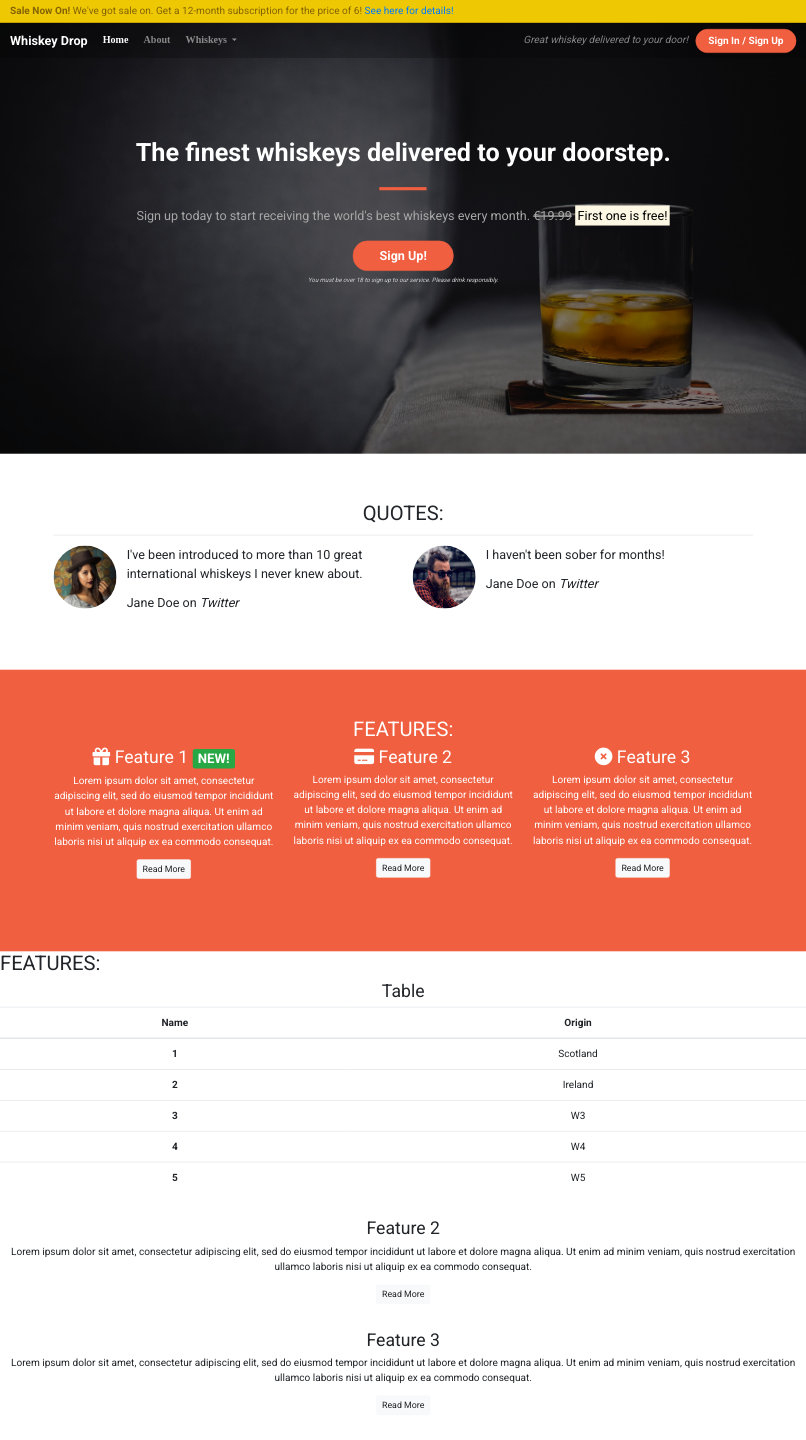
Repository: Coder731/blank_for_aws
Page: index2.html
The author's editor kept a record of every edit. The page is drawn from the files as they stood at one moment, then again after the next edit.
The browser window is 1280 px wide. The pictures show the whole page, at 63% of full size.
Backgrounds fixed to the window are drawn as part of the page. Some web libraries are served in a nearby version.

Above is the page before.

### index2.html
<!DOCTYPE html>
<html lang="en-us">

<head>
    <meta charset="utf-8">
    <meta name="viewport" content="width=device-width, initial-scale=1.0">
    <title>Whiskey Drop | Taste a new whiskey every month</title>
    <link rel="stylesheet" href="https://maxcdn.bootstrapcdn.com/bootstrap/4.1.3/css/bootstrap.min.css">
    <script src="https://kit.fontawesome.com/fb088b4228.js" crossorigin="anonymous"></script>
    <link href="https://fonts.googleapis.com/css?family=Roboto:400,700" rel="stylesheet">
    <link rel="preconnect" href="https://fonts.googleapis.com">
    <link rel="preconnect" href="https://fonts.gstatic.com" crossorigin>
    <link href="https://fonts.googleapis.com/css2?family=Roboto:wght@400;700&display=swap" rel="stylesheet">
    <link rel="stylesheet" href="css/style.css" type="text/css" />
</head>


<body>
    <div class="container-fluid navalert-container">
        <div class="container-fluid alert-container">
            <div class="row d-none d-sm-block">
                <div class="col-12">
                    <div class="site-wide-alert alert alert-warning">
                        <strong>Sale Now On!</strong> We've got sale on. Get a 12-month subscription for the price of 6! <a href="">See here for details!</a>
                    </div>
                </div>
            </div>
        </div>
        <nav class="navbar navbar-dark navbar-expand-sm">
            <a href="/" class="navbar-brand">Whiskey Drop</a>

            <button class="navbar-toggler ml-auto" type="button" data-toggle="collapse" data-target="#navbarNavDropdown" aria-controls="navbarNavDropdown" aria-expanded="false" aria-label="Toggle navigation">
            <span class="navbar-toggler-icon"></span></button>

            <div style="font-family: 'Font Name', serif;" class="collapse navbar-collapse" id="navbarNavDropdown">
                <ul class="navbar-nav mr-auto">
                    <li class="active nav-item mr-2"><a class="nav-link" href="/">Home</a></li>
                    <li class="nav-item mr-2"><a class="nav-link" href="/about">About</a></li>
                    <li class="nav-item dropdown">
                        <a class="nav-link dropdown-toggle" href="#" id="navbarDropdownMenuLink" role="button" data-toggle="dropdown" aria-haspopup="true" aria-expanded="false">
                            Whiskeys
                        </a>
                        <div class="dropdown-menu" aria-labelledby="navbarDropdownMenuLink">
                            <a class="dropdown-item" href="#">Irish</a>
                            <a class="dropdown-item" href="#">Scotch</a>
                            <a class="dropdown-item" href="#">Japanese</a>
                            <a class="dropdown-item" href="#">American</a>
                        </div>
                    </li>

                    <li class="nav-item mr-2 d-block d-sm-none"><a class="nav-link" href="/login">Sign In / Sign Up</a></li>
                </ul>
            </div>
            <div class="d-none d-md-block">
                <p class="navbar-text my-auto mr-2"><i>Great whiskey delivered to your door!</i></p>
                <a href="/login" class="btn btn--cta btn--red">Sign In / Sign Up</a>
            </div>
        </nav>
    </div>

    <div class="container-fluid callout-container">
        <!-- Callout -->
        <div class="opaque-overlay">&nbsp;</div>
        <div class="row">
            <div class="col-12">
                <section class="callout jumbotron text-center">
                    <h1 class="jumbotron-header">The finest whiskeys delivered to your doorstep.</h1>
                    <hr class="block-divider block-divider--orange">
                    <p class="lead">Sign up today to start receiving the world's best whiskeys every month.
                        <s class="d-none d-sm-inline">€19.99</s>
                        <span class="d-inline d-sm-none"><br></span>
                        <strong><mark>First one is free!</mark></strong></p>
                    <button class="btn btn-lg btn--cta btn--red" data-toggle="modal" data-target="#signUpModal">Sign Up!</button>
                    <p class="text-muted"><small>You must be over 18 to sign up to our service. Please drink responsibly.</small></p>
                </section>
            </div>
        </div>
        <!-- /.callout -->
    </div>

        <!-- Quotes -->
        <div class="container-wrapper">
            <div class="container quotes-container content-container">
            <section class="quotes">
                <div class="row">
                    <div class="col-12 page-header">
                        <h2 class="text-uppercase">Quotes:</h2>
                        <hr class"block-divider block-divider--short">
                    </div>
                </div>
                <div class="row">
                    <div class="col-12 col-md-6">
                        <div class="media">
                            <div class="d-none d-sm-block">
                            <img src="images/girl-image.png" class="rounded-circle mr-3" height=100 width=100>
                            </div>
                            <div class="media-body">
                                <blockquote class="blockquote">
                                    <p>I've been introduced to more than 10 great international whiskeys I never knew about.</p>
                                    <footer>Jane Doe on <cite title="Twitter">Twitter</cite></footer>
                                </blockquote>
                            </div>
                        </div>
                    </div>
                    <div class="col-12 col-md-6">
                        <div class="media">
                            <div class="d-none d-sm-block">
                                <img src="images/guy-image.png" class="rounded-circle mr-3" height=100 width=100>
                            </div>
                            <div class="media-body">
                                <blockquote class="blockquote">
                                    <p>I haven't been sober for months!</p>
                                    <footer>Jane Doe on <cite title="Twitter">Twitter</cite></footer>
                                </blockquote>
                            </div>
                        </div>
                    </div>
            </section>
            <!-- /.quotes -->
            </div>
        </div>

        <!-- Features -->
        <div class="container-wrapper container-wrapper--red">
            <div class="container features-container content-container">
                <section class="features">
                    <div class="row">
                        <div class="col-12 page-header">
                            <h2 class="text-uppercase">Features:</h2>
                        </div>
                    </div>
                    <div class="row">
                        <div class="col-12 col-md-6 col-lg-4">
                            <div class="feature">
                                <h3><i class="fas fa-gift d-none d-sm-inline"></i> Feature 1 <span class="badge badge-success">NEW!</span></h3>
                                <p>Lorem ipsum dolor sit amet, consectetur adipiscing elit, sed do eiusmod tempor incididunt ut labore et dolore magna aliqua. Ut enim ad minim veniam, quis nostrud exercitation ullamco laboris nisi ut aliquip ex ea commodo consequat.</p>
                                <p><a class="btn btn-sm btn-light" href="">Read More</a></p>
                            </div>
                        </div>
                        <div class="col-12 col-md-6 col-lg-4">
                            <div class="feature">
                                <h3><i class="fas fa-credit-card d-none d-sm-inline"></i> Feature 2</h3>
                                <p>Lorem ipsum dolor sit amet, consectetur adipiscing elit, sed do eiusmod tempor incididunt ut labore et dolore magna aliqua. Ut enim ad minim veniam, quis nostrud exercitation ullamco laboris nisi ut aliquip ex ea commodo consequat.</p>
                                <p><a class="btn btn-sm btn-light" href="">Read More</a></p>
                            </div>
                        </div>
                        <div class="col-12 d-md-none d-lg-block col-lg-4">
                            <div class="feature">
                                <h3><i class="fas fa-times-circle d-none d-sm-inline"></i> Feature 3</h3>
                                <p>Lorem ipsum dolor sit amet, consectetur adipiscing elit, sed do eiusmod tempor incididunt ut labore et dolore magna aliqua. Ut enim ad minim veniam, quis nostrud exercitation ullamco laboris nisi ut aliquip ex ea commodo consequat.</p>
                                <p><a class="btn btn-sm btn-light" href="">Read More</a></p>
                            </div>
                        </div>
                    </div>
                </section>
            <!-- /.features -->
            </div>
        </div>

        <!-- Monthly Favorites -->
        <section class="features">
            <h2 class="text-uppercase">Features:</h2>
            <div class="feature">
                <h3>Table</h3>
                <table class="table">
                  <thead>
                    <tr>
                      <th scope="col">Name</th>
                      <th scope="col">Origin</th>
                    </tr>
                  </thead>
                  <tbody>
                    <tr>
                      <th scope="row">1</th>
                      <td>Scotland</td>
                    </tr>
                    <tr>
                      <th scope="row">2</th>
                      <td>Ireland</td>
                    </tr>
                    <tr>
                      <th scope="row">3</th>
                      <td>W3</td>
                    </tr>
                    <tr>
                      <th scope="row">4</th>
                      <td>W4</td>
                    </tr>
                    <tr>
                      <th scope="row">5</th>
                      <td>W5</td>
                    </tr>
                  </tbody>
                </table>
            </div>
            <div class="feature">
                <h3>Feature 2</h3>
                <p>Lorem ipsum dolor sit amet, consectetur adipiscing elit, sed do eiusmod tempor incididunt ut labore et dolore magna aliqua. Ut enim ad minim veniam, quis nostrud exercitation ullamco laboris nisi ut aliquip ex ea commodo consequat.</p>
                <p><a class="btn btn-sm btn-light" href="">Read More</a></p>
            </div>
            <div class="feature">
                <h3>Feature 3</h3>
                <p>Lorem ipsum dolor sit amet, consectetur adipiscing elit, sed do eiusmod tempor incididunt ut labore et dolore magna aliqua. Ut enim ad minim veniam, quis nostrud exercitation ullamco laboris nisi ut aliquip ex ea commodo consequat.</p>
                <p><a class="btn btn-sm btn-light" href="">Read More</a></p>
            </div>
        </section>
        <!-- /. Monthly Favorites -->


    <div class="modal" tabindex="-1" role="dialog" id="signUpModal">
        <div class="modal-dialog" role="document">
            <div class="modal-content">
                <div class="modal-header">
                    <h5 class="modal-title">Sign Up To Whiskey Drop!</h5>
                    <button type="button" class="close" data-dismiss="modal" aria-label="Close">
          <span aria-hidden="true">&times;</span>
        </button>
                </div>
                <div class="modal-body">
                    <form>
                        <div class="form-group">
                            <label for="exampleInputEmail1">Email address</label>
                            <input type="email" class="form-control" id="exampleInputEmail1" aria-describedby="emailHelp" placeholder="Enter email">
                            <small id="emailHelp" class="form-text text-muted">We'll never share your email with anyone else.</small>
                        </div>
                        <div class="form-group">
                            <label for="password">Password</label>
                            <input type="password" class="form-control" id="password" placeholder="Password">
                        </div>
                        <div class="form-group">
                            <label for="repeatPassword">Repeat Password</label>
                            <input type="password" class="form-control" id="repeatPassword" placeholder="Repeat Password">
                        </div>
                        <button type="submit" class="btn btn-success">Submit</button>
                    </form>
                </div>
            </div>
        </div>
    </div>

    <script src="https://code.jquery.com/jquery-3.3.1.slim.min.js" integrity="sha384-q8i/X+965DzO0rT7abK41JStQIAqVgRVzpbzo5smXKp4YfRvH+8abtTE1Pi6jizo" crossorigin="anonymous"></script>
    <script src="https://cdnjs.cloudflare.com/ajax/libs/popper.js/1.14.3/umd/popper.min.js" integrity="sha384-ZMP7rVo3mIykV+2+9J3UJ46jBk0WLaUAdn689aCwoqbBJiSnjAK/l8WvCWPIPm49" crossorigin="anonymous"></script>
    <script src="https://stackpath.bootstrapcdn.com/bootstrap/4.1.3/js/bootstrap.min.js" integrity="sha384-ChfqqxuZUCnJSK3+MXmPNIyE6ZbWh2IMqE241rYiqJxyMiZ6OW/JmZQ5stwEULTy" crossorigin="anonymous"></script>
</body>

</html>

### css/style.css
body {
    font-family: 'Roboto', sans-serif;
}

.container-wrapper {}

.container-wrapper--red {
    background-color: #f05f40;
    color: white;
}

.alert-container .col-12 {
    padding-left: 0;
    padding-right: 0;
}

.site-wide-alert {
    border-radius: 0;
    margin-bottom: 0;
    padding: 5px 15px;
    background-color: #eec802;
    border-color: #eec802;
}

.callout-container {
    height: 100vh;

    background: url("../images/whiskey-background.jpg") no-repeat bottom right fixed;
    -webkit-background-size: cover;
    -moz-background-size: cover;
    -o-background-size: cover;
    background-size: cover;

    display: flex;
    align-items: center;
    justify-content: center;

    position: relative;

}

.opaque-overlay {
    position: absolute;
    top: 0;
    left: 0;
    height: 100%;
    width: 100%;
    background-color: rgba(0,0,0,0.5);
}

.quotes-container {}

.features-container {}

/* Page headers */

.page-header {
    margin-bottom: 0;
    border-bottom: 0;
    text-align: center;
}

.page-header h2 {
    margin-top: 0;
}

/* Block dividers */

.block-divider {
    width: 75px;
    height: 5px;
    border: 0;
    background-color: #444;
}

.block-divider--orange {
    background-color: #f05f40;
}

.block-divider--white {
    background-color: white;
}

.block-divider--short {
    width: 35px;
}

/* Content containers */

.content-container {
    padding-top: 75px;
    padding-bottom: 75px;
}

/* Navbar */

.navalert-container {
    position: absolute;
    top: 0;
    left: 0;
    padding-left: 0;
    padding-right: 0;
    z-index: 1;
}

.navbar {
    margin-bottom: 0;
    border: 0;
    width: 100%;
    background-color: rgba(0,0,0,0.25);
}

.navbar .navbar-toggler {
    border:  0;
}

.navbar-brand {
    font-weight: bold;
}

.navbar .navbar-nav a {
    font-weight: bold;
}

/*Jumbotron*/

.jumbotron {
    background-color: transparent;
}

.jumbotron-header {
    color: white;
    font-weight:bold;
    margin-bottom: 30px;
}

.jumbotron .lead {
    margin: 25px 0;
    color: #a7a7a7;
}

.jumbotron small {
    font-size: 60%;
    font-style: italic;
    color: #d0d0d0;
}

/* Buttons */

.btn--cta {
    font-weight: bold;
    border-radius: 23px;
    width: 160px;
}

.btn--red {
    color: white;
    background-color: #f05f40;
    border-color: #f05f40;
}

.btn--red:hover,
.btn--red:active,
.btn--red:focus,
.btn--red:active:focus {
    background-color: #df4929;
    border-color: #df4929;
}

.feature {
    text-align: center;
    margin-bottom: 40px;
}

After the next edit:
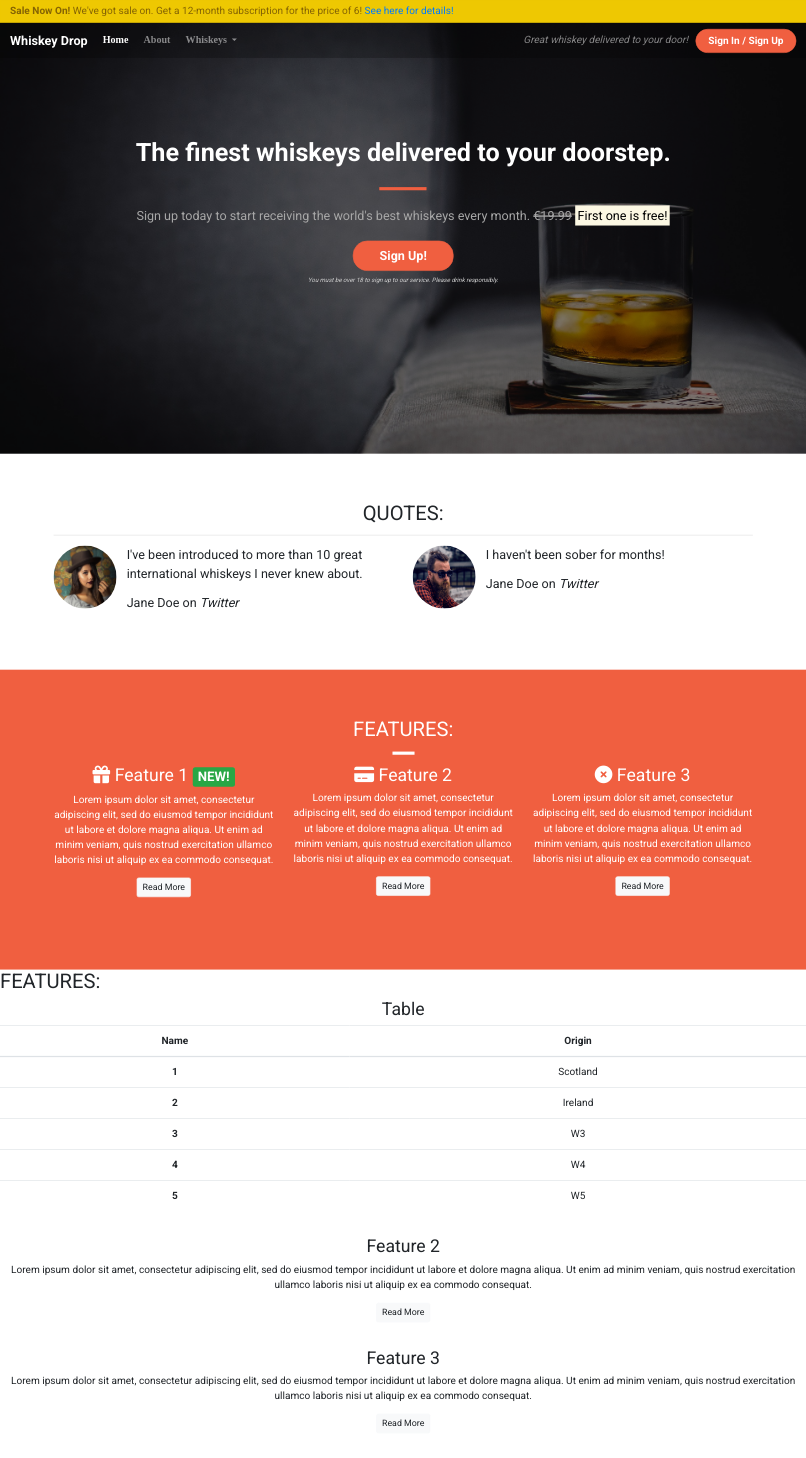
The edit:
--- a/index2.html
+++ b/index2.html
@@ -127,6 +127,7 @@
                     <div class="row">
                         <div class="col-12 page-header">
                             <h2 class="text-uppercase">Features:</h2>
+                            <hr class="block-divider block-divider--short block-divider--white">
                         </div>
                     </div>
                     <div class="row">
